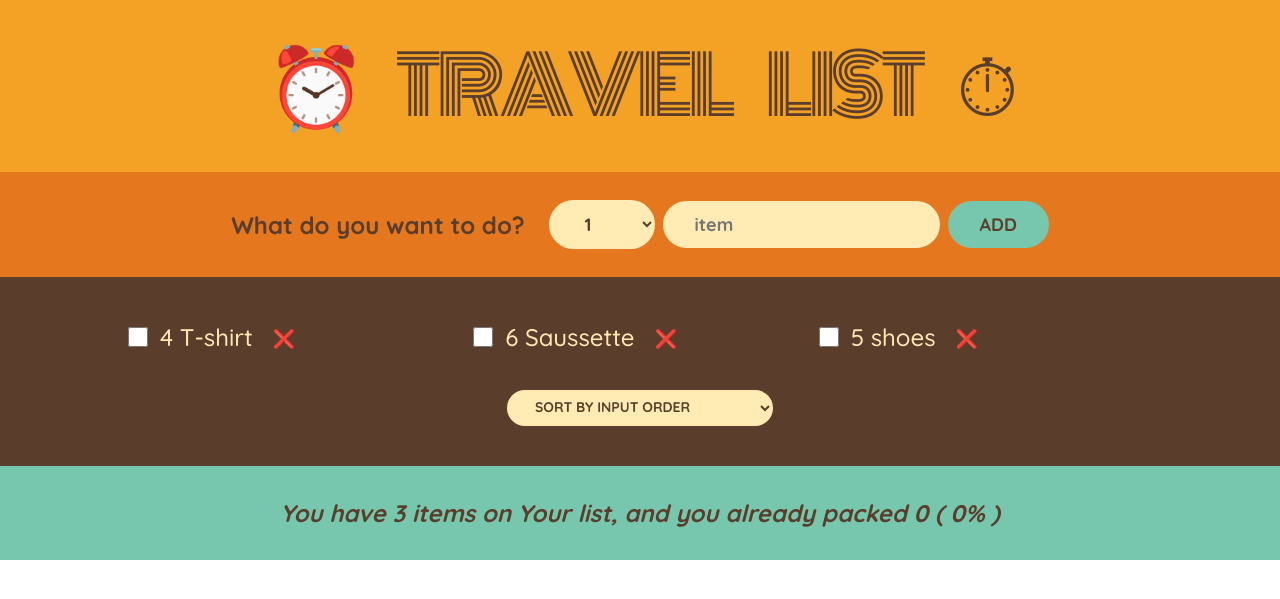
Repository: noemiepham/travel-list-react
Page: /
An editor plug-in stored every save of this project. The page is shown before and after the next save, followed by the edit.
The browser window is 1280 px wide. The pictures show the whole page.
The project was rebuilt for these pictures with package versions that can differ from the ones it lists, and the page was loaded fresh each time. Requests to the local data server were answered from the project's data file.

Above is the page before, as saved 2024-01-19 10:19:20.

After the next save:
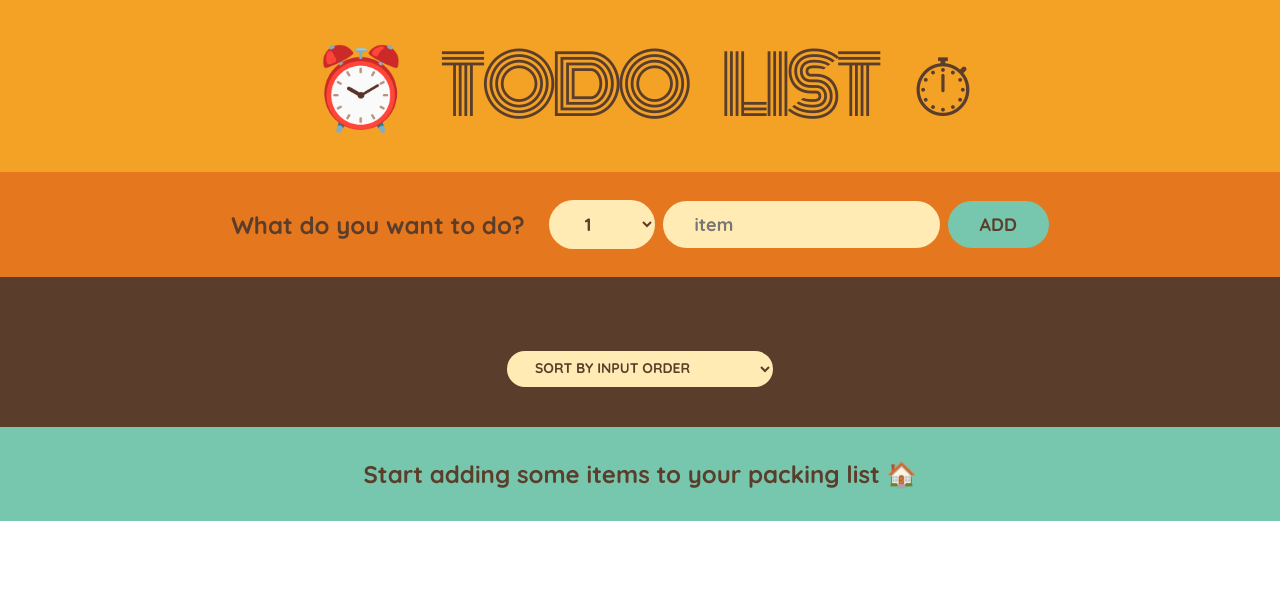
Saved 2 min 27 s later.
--- a/src/App.js
+++ b/src/App.js
@@ -1,4 +1,4 @@
-import { useEffect, useState } from "react";
+import { useState } from "react";
 /* const initialItems = [
   { id: 1, description: "Passports", quantity: 2, packed: false },
   { id: 2, description: "Socks", quantity: 12, packed: true },
@@ -7,20 +7,10 @@ import { useEffect, useState } from "react";
 ]; */
 
 export default function App() {
-  //const [notes, setNotes] = useState([]);
   const [items, setItems] = useState([]);
-  useEffect(() => {
-    fetch("http://localhost:9000/notes")
-      .then((res) => res.json())
-      .then((data) => setItems(data));
-  }, []);
-
-  console.log("data", items);
-
   function handleAddItems(item) {
     setItems((items) => [...items, item]);
   }
-
   function handleToggleItem(id) {
     setItems(
       items.map((item) =>
@@ -28,17 +18,9 @@ export default function App() {
       )
     );
   }
-  const handleDelete = async (id) => {
-    await fetch("http://localhost:9000/notes/" + id, {
-      method: "DELETE",
-    })
-      .then((res) => res.json())
-      .then((data) => console.log("delete: ", data));
-    console.log("delet", items);
-    const newItem = items.filter((item) => item.id !== id);
-    setItems(newItem);
-  };
-
+  function handleDelete(id) {
+    setItems(items.filter((item) => item.id !== id));
+  }
   return (
     <div className="App">
       <Logo />
@@ -54,55 +36,31 @@ export default function App() {
 }
 
 function Logo() {
-  return <h1> ⏰ Travel List ⏱ </h1>;
+  return <h1> ⏰ TODO LIST ⏱ </h1>;
 }
-const isFormValid = (item) => {
-  return item.description;
-};
+
 function Form({ handleAddItems }) {
-  const initialFormState = {
-    id: undefined,
-    description: "",
-    quantity: 1,
-    packed: false,
-  };
-  const [notes, setNotes] = useState(initialFormState);
-  //  const [description, setDescription] = useState("");
-  //const [quantity, setQuantity] = useState(1);
+  const [description, setDescription] = useState("");
+  const [quantity, setQuantity] = useState(1);
 
   function handleSubmit(event) {
     event.preventDefault();
 
-    //if (!notes) return;
-
-    if (isFormValid(notes)) {
-      console.log("gdsgdsg");
-      fetch("http://localhost:9000/notes", {
-        method: "POST",
-        headers: { "content-type": "application/json" },
-        body: JSON.stringify(notes),
-      })
-        .then((res) => res.json())
-        .then((item) => {
-          handleAddItems(item);
-          setNotes(initialFormState);
-        });
-    }
-    /*
+    if (!description) return;
     const newItem = { description, quantity, packed: false, id: Date.now() };
     console.log(newItem);
     console.log(event.target);
 
-    handleAddItems(newItem); */
+    handleAddItems(newItem);
+    setDescription("");
+    setQuantity(1);
   }
   return (
     <form className="add-form" onSubmit={handleSubmit}>
       <h3>What do you want to do?</h3>
       <select
-        value={notes.quantity}
-        onChange={(event) =>
-          setNotes({ ...notes, quantity: event.target.value })
-        }
+        value={quantity}
+        onChange={(event) => setQuantity(event.target.value)}
       >
         {Array.from({ length: 20 }, (_, i) => i + 1).map((num) => (
           <option value={num} key={num}>
@@ -113,17 +71,16 @@ function Form({ handleAddItems }) {
       <input
         type="text"
         placeholder="item"
-        value={notes.description}
-        onChange={(event) =>
-          setNotes({ ...notes, description: event.target.value })
-        }
+        value={description}
+        onChange={(event) => setDescription(event.target.value)}
       />
-      <button type="submit">Add</button>
+      <button>Add</button>
     </form>
   );
 }
 
 function PackingList({ items, onToggleItem, onDelete }) {
+  const [sortBy, setSortBy] = useState("input");
   return (
     <div className="list">
       <ul>
